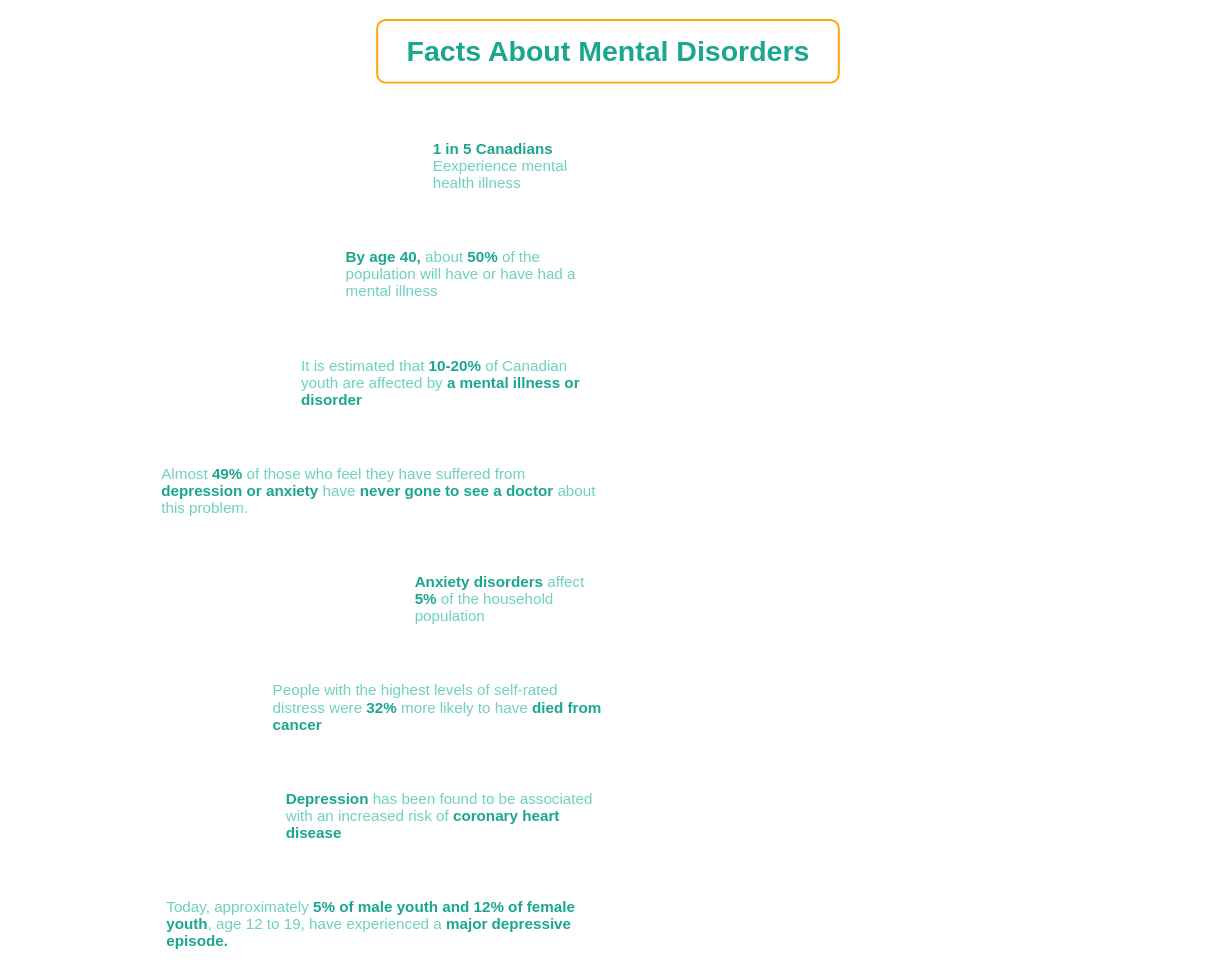
Repository: zzs1/2109-Dynamic-Content-Project
Page: joyce_code/index.html
The author's editor kept a copy of each file at every save. The page is drawn from the files as they stood at one save, then again after the next save.
The browser window is 1280 px wide. The pictures show the whole page, at 95% of full size.
Some web fonts or font styles are not loaded; a fallback is used.

Above is the page before, as saved 2021-03-08 20:55:00.
Console error: TypeError: Cannot read properties of null (reading 'innerHTML')

After the next save:
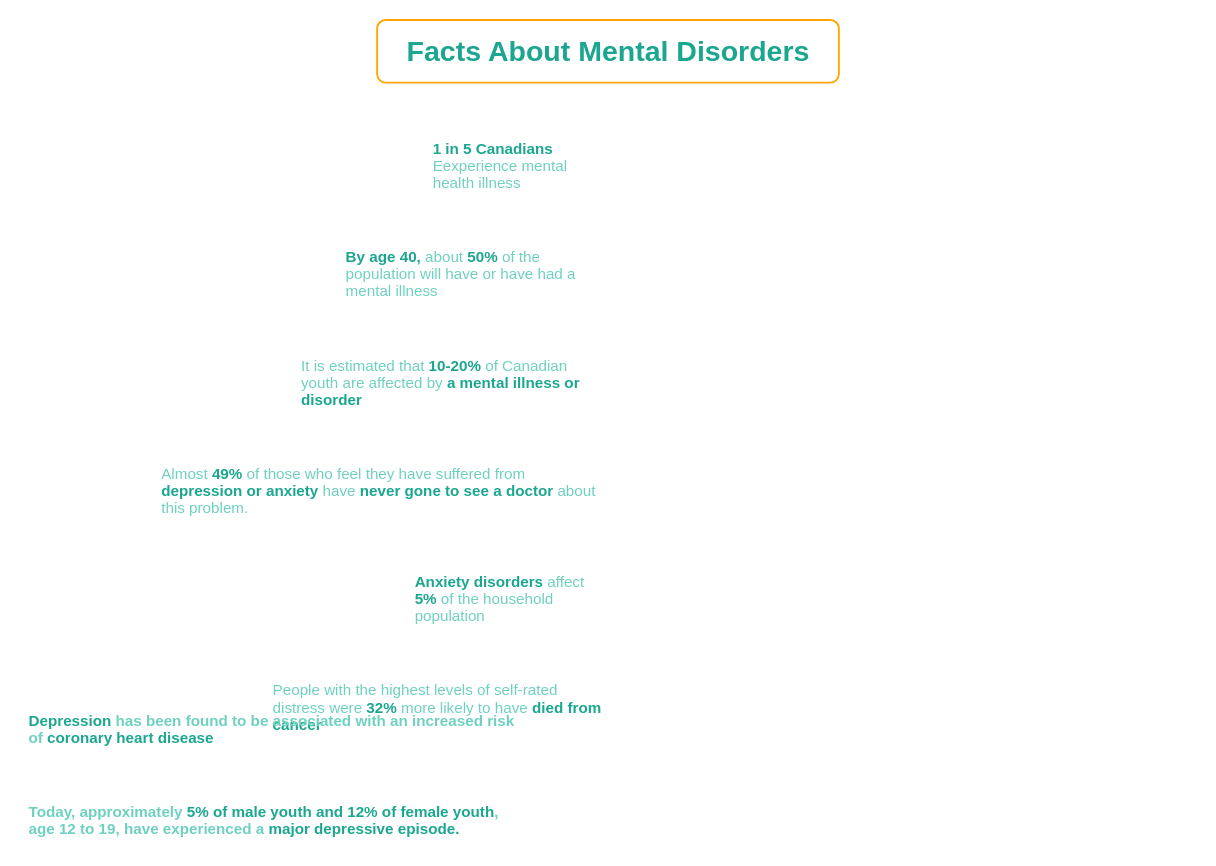
Saved 5 s later.
--- a/joyce_code/index.html
+++ b/joyce_code/index.html
@@ -39,7 +39,7 @@
 
         <div class="boxes" id="box6">
           <div class="pic"></div>
-          <div class="text">People with the highest levels of self-rated distress were <strong class="keyword">32%</strong> more likely to have <div class="highlight">died from cancer</div></div>
+          <div class="text">People with the highest levels of self-rated distress were <strong class="keyword">32%</strong> more likely to have <strong class="highlight">died from cancer</div></div>
         </div>
 
         <div class="boxes" id="box7">

After the 3 saves that followed:
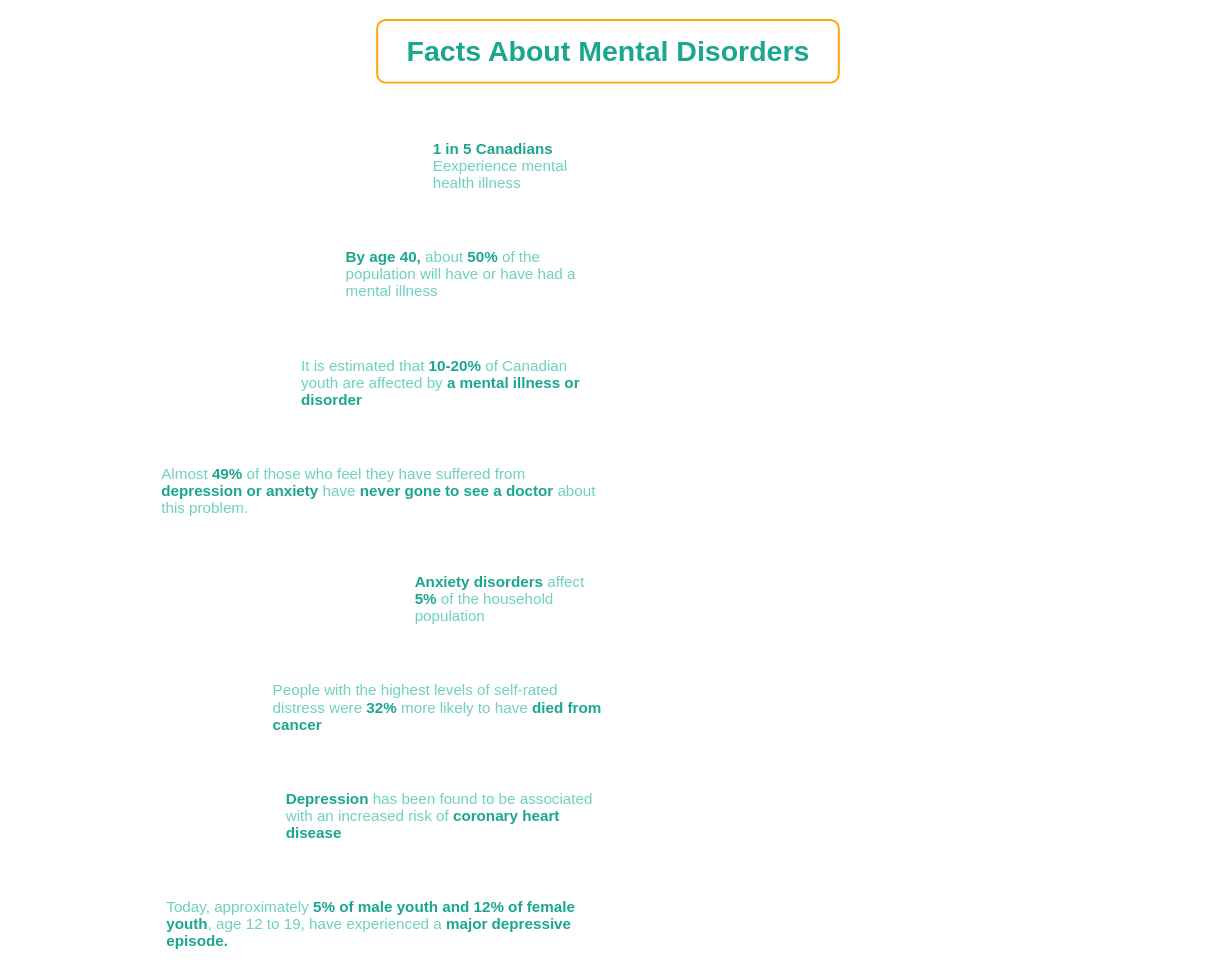
The 3 saves are shown as one change because 1 left the picture as it was and some came seconds apart.
The last was saved 16 s later.
--- a/joyce_code/index.html
+++ b/joyce_code/index.html
@@ -39,7 +39,7 @@
 
         <div class="boxes" id="box6">
           <div class="pic"></div>
-          <div class="text">People with the highest levels of self-rated distress were <strong class="keyword">32%</strong> more likely to have <strong class="highlight">died from cancer</div></div>
+          <div class="text">People with the highest levels of self-rated distress were <strong class="keyword">32%</strong> more likely to have <strong class="keyword">died from cancer</strong></div>
         </div>
 
         <div class="boxes" id="box7">
